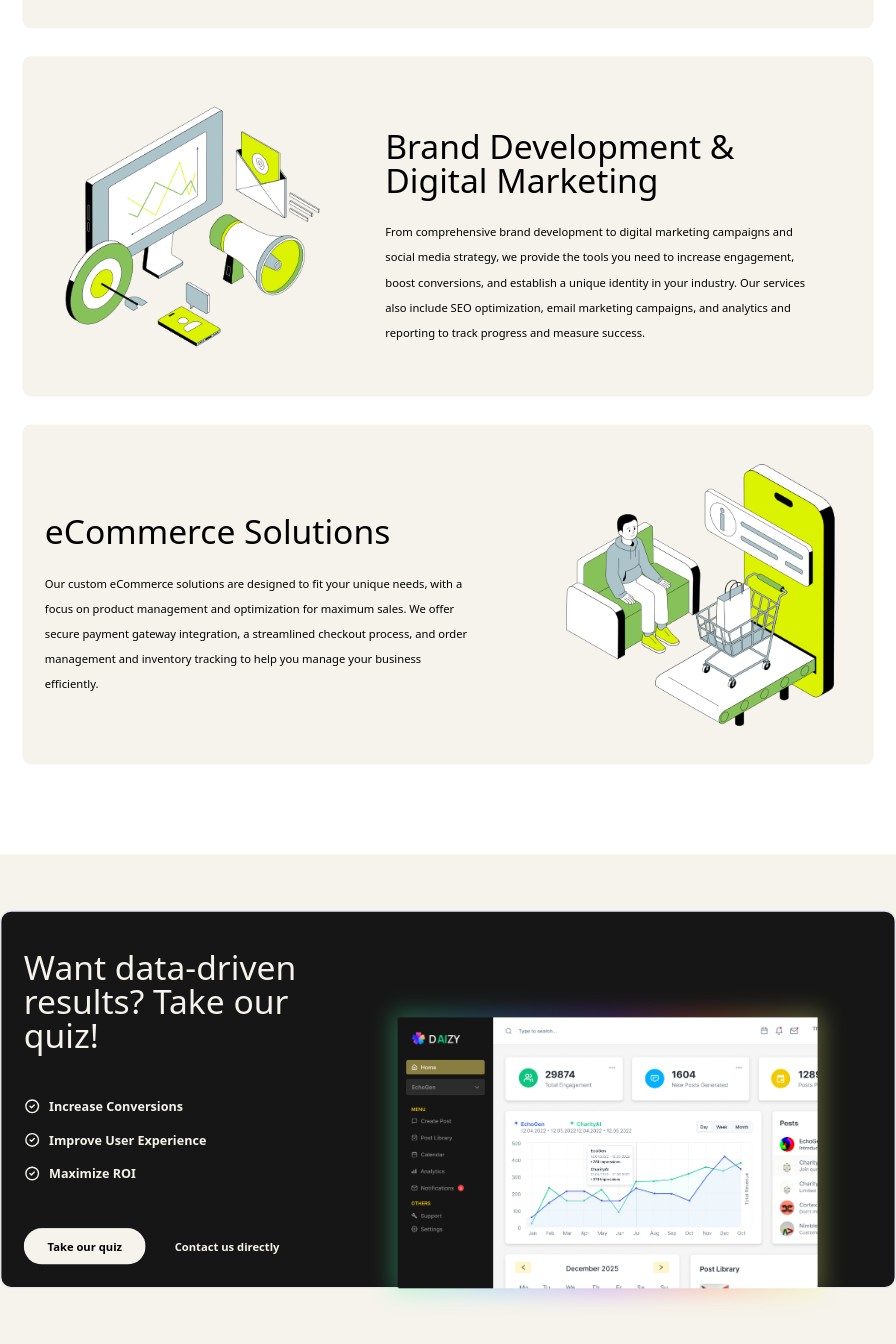
Repository: ornelasedward/mired_website
Page: /
These files come from the project's save history. The page is drawn as it stood at one moment and after the next save; the edit follows.
The browser window is 1280 px wide. The pictures show the part of the page from y = 2609 to 4529 px (the page is 4529 px tall before and 4481 px after), at 70% of full size.
The project was rebuilt for these pictures with package versions that can differ from the ones it lists, and the page was loaded fresh each time. The framework's server and built-in components were replaced by stand-ins that run in the browser. Also part of the build but not shown: next.config.js.

Above is the page before, as saved 2023-03-30 19:13:06.

After the next save:
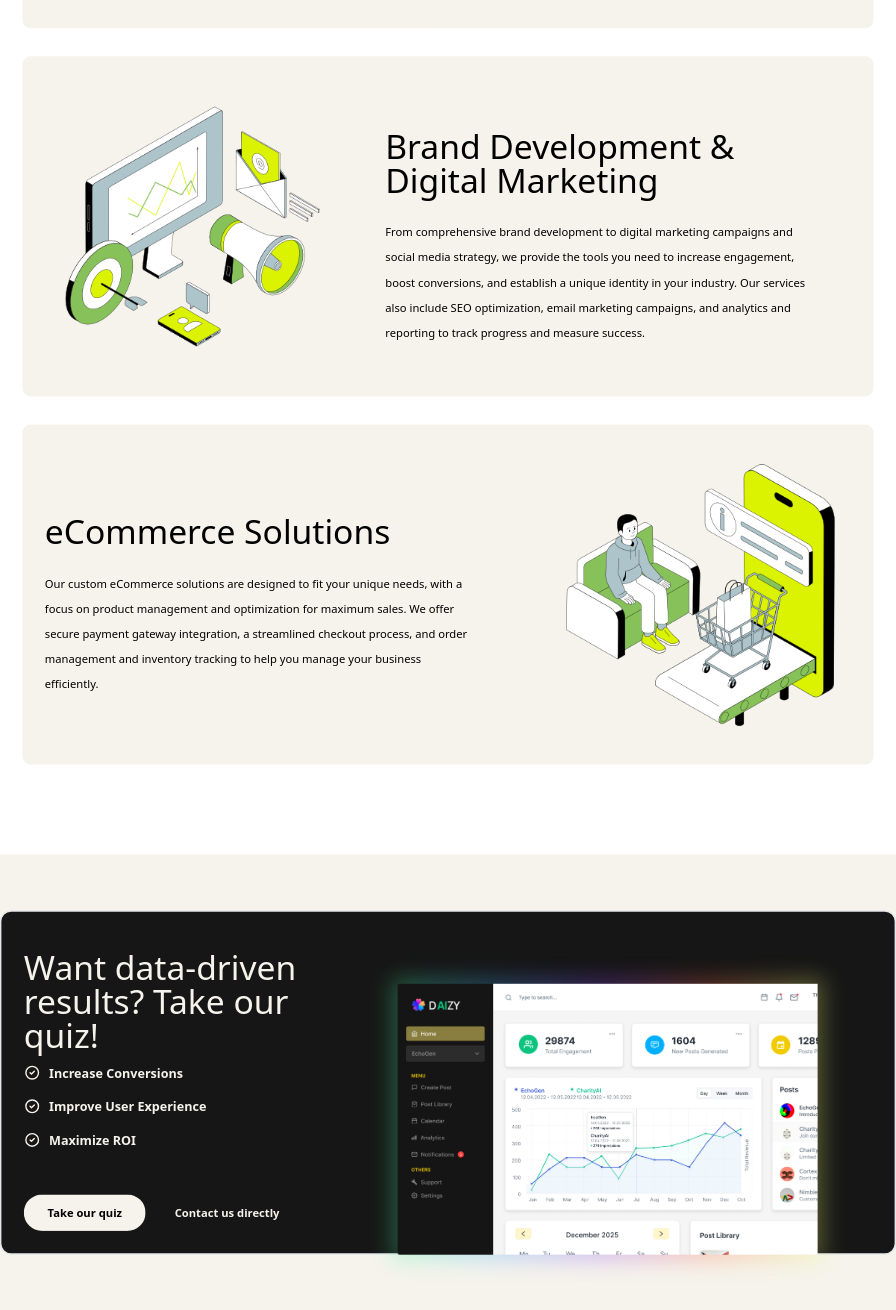
Saved 14 s later.
--- a/components/CTA.tsx
+++ b/components/CTA.tsx
@@ -34,7 +34,7 @@
               Want data-driven results? Take our quiz!
             </h2>
 
-            <ul className="mt-4 space-y-5 lg:mt-16">
+            <ul className="lg:mt-4 space-y-5 lg:mt-16">
               <li className="flex items-center text-[#F6F3EC] justify-start">
                 <svg
                   className="w-6 h-6"

After the save that followed:
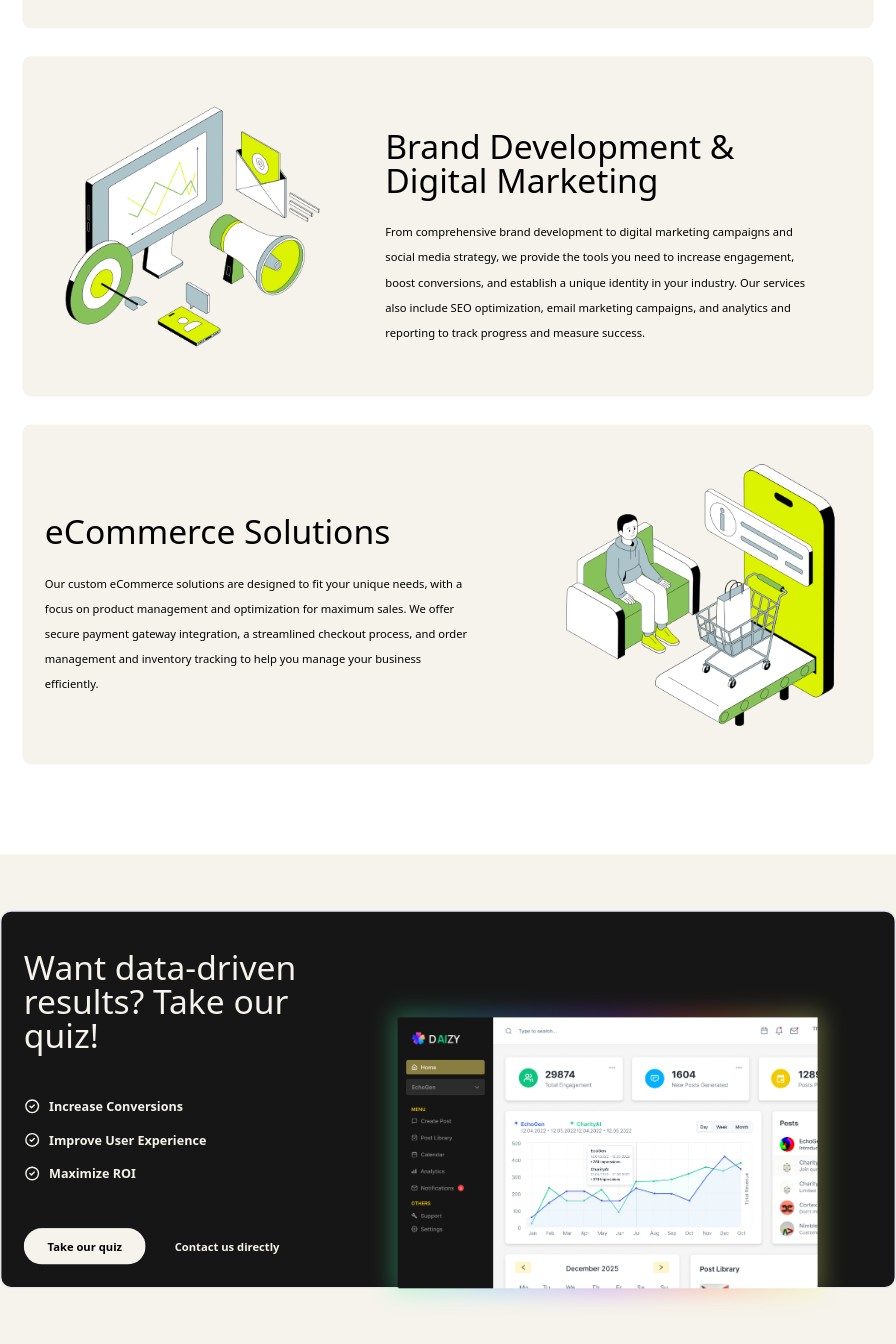
Saved 5 s later.
--- a/components/CTA.tsx
+++ b/components/CTA.tsx
@@ -34,7 +34,7 @@
               Want data-driven results? Take our quiz!
             </h2>
 
-            <ul className="lg:mt-4 space-y-5 lg:mt-16">
+            <ul className=" space-y-5 lg:mt-16">
               <li className="flex items-center text-[#F6F3EC] justify-start">
                 <svg
                   className="w-6 h-6"
